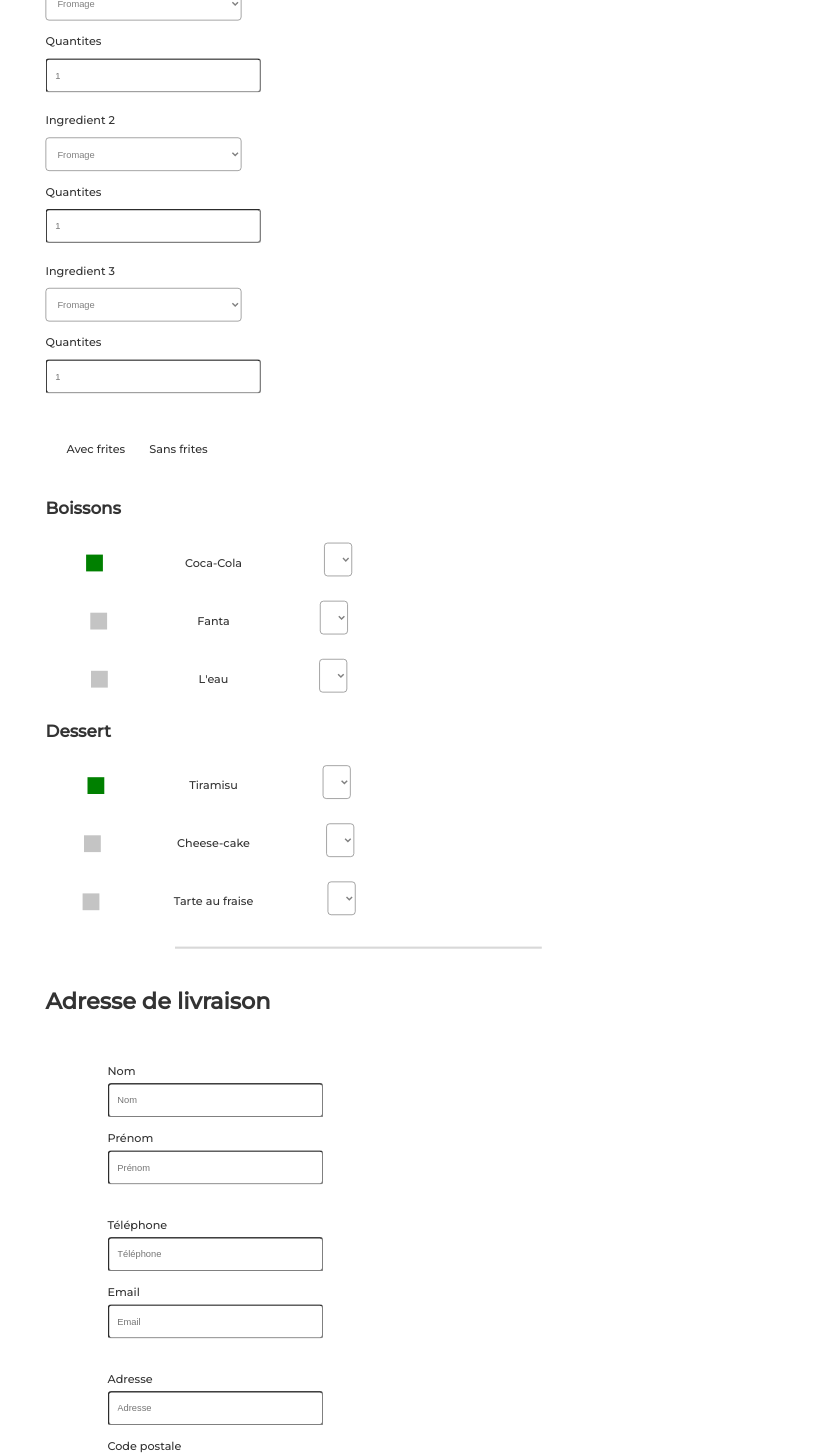
Repository: Ahlam-belhadj/bella-olange
Page: index2.html
An editor plug-in stored every save of this project. The page is shown before and after the next save, followed by the edit.
The browser window is 1024 px wide. The page is 1174 px wide, so the pictures cover 1174 px, including what lies to the right of the window. The pictures show the part of the page from y = 1936 to 4016 px (the page is 4501 px tall), at 70% of full size.

Above is the page before, as saved 2023-02-13 18:31:16.

After the next save:
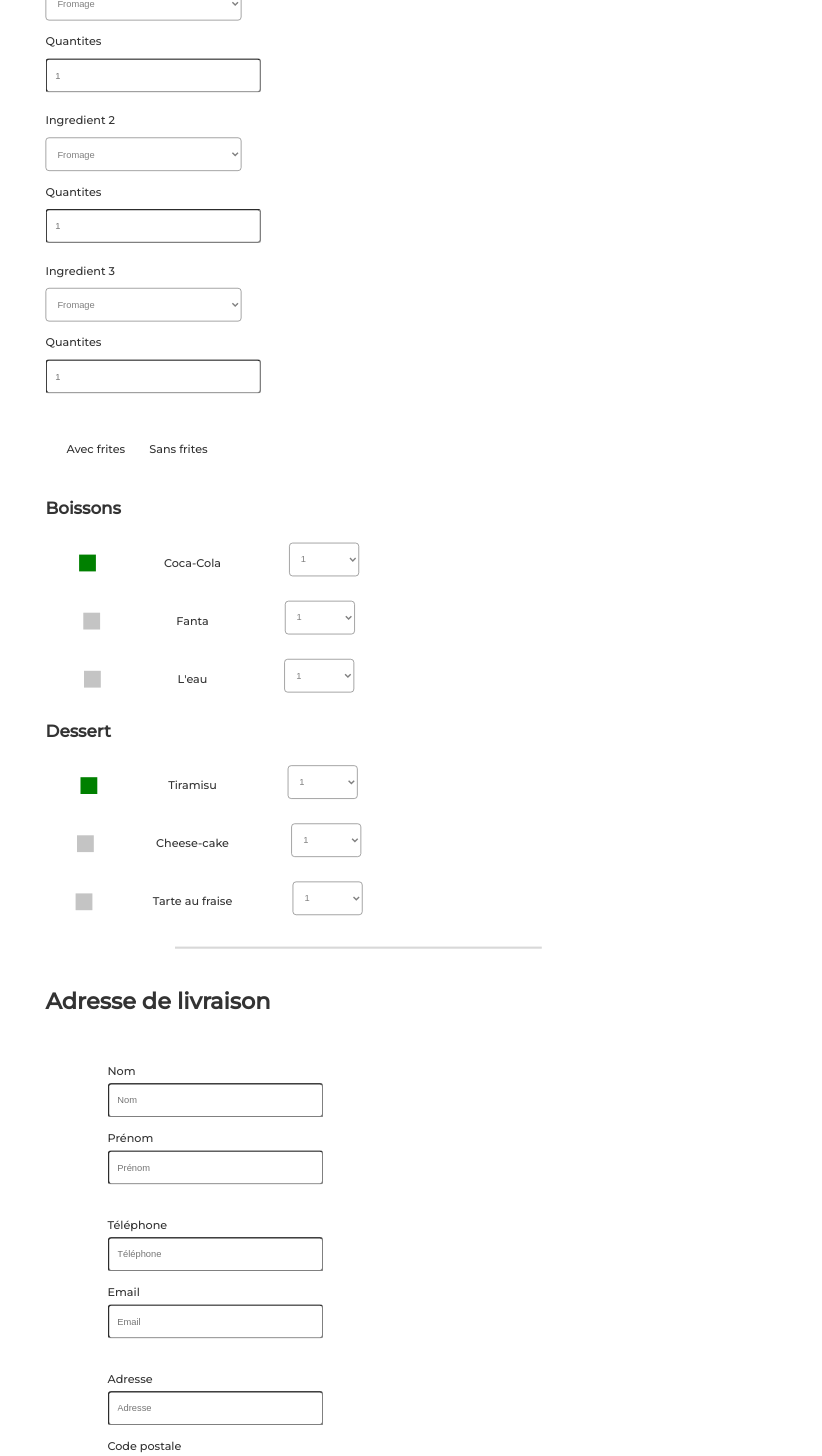
Saved 23 s later.
--- a/style2.css
+++ b/style2.css
@@ -504,9 +504,9 @@ button {
 }
 
 .Fromage{
-  width: 40px;
-}
-
-
-
-}
+  width: 100px;
+}
+
+
+
+}
